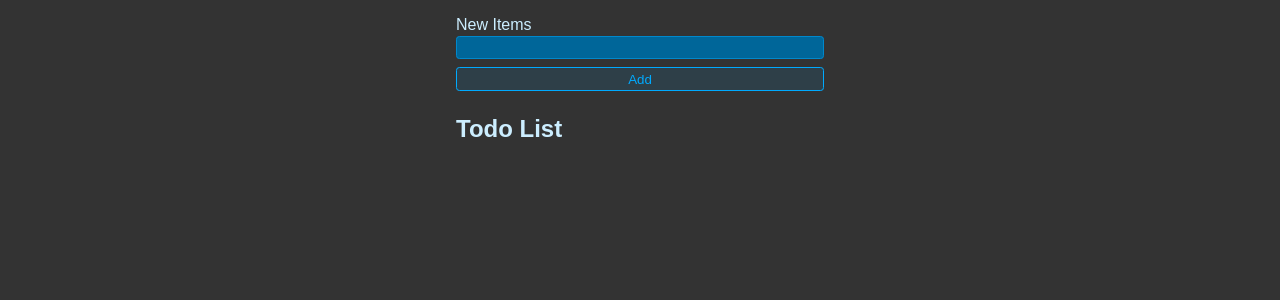
Repository: emailherds/react_todolist
Page: /
The author's editor kept a copy of each file at every save. The page is drawn from the files as they stood at one save, then again after the next save.
The browser window is 1280 px wide. The pictures show the whole page.
The project was rebuilt for these pictures with package versions that can differ from the ones it lists, and the page was loaded fresh each time. Also part of the build but not shown: vite.config.js.

Above is the page before, as saved 2023-09-30 16:52:04.

After the next save:
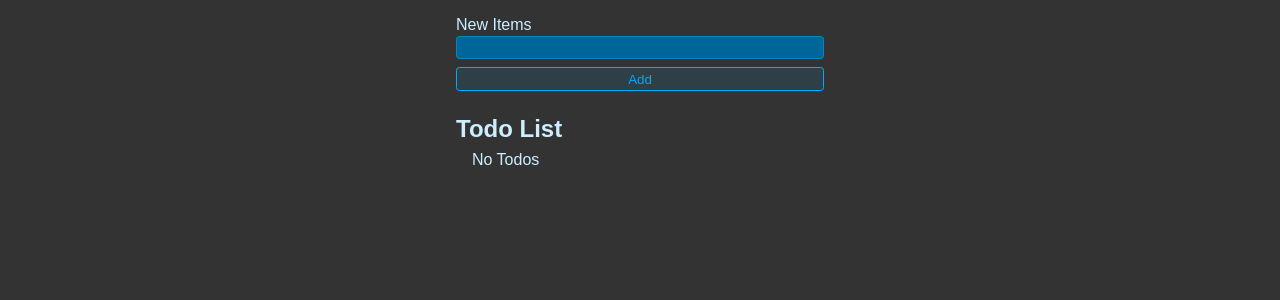
Saved 108 s later.
--- a/src/App.jsx
+++ b/src/App.jsx
@@ -48,6 +48,7 @@ export default function App(){
     </form>
     <h1 className="header">Todo List</h1>
     <ul className="list">
+      {todos.length === 0 && "No Todos"}
       {todos.map(todo => {
         return <li key={todo.id}>
         <label>
